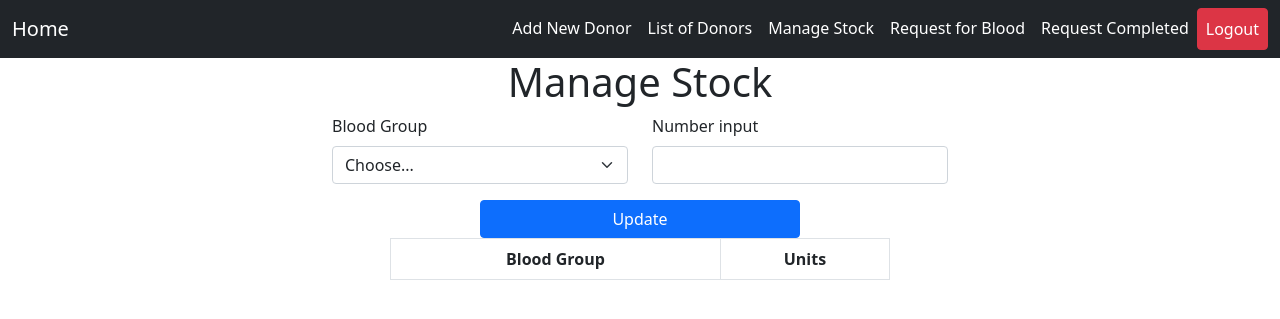
Repository: kshitizJ/Blood-Bank-Management-System-in-jsp
Page: http://localhost/Blood_Bank_Management_System/manageStock.jsp
These files come from the project's save history. The page is drawn as it stood at one moment and after the next save; the edit follows.
The browser window is 1280 px wide. The pictures show the whole page.
The page is served by Tomcat 9. Queries for data that is not in the repository find no rows.

Above is the page before, as saved 2021-04-28 13:29:42.

### Blood Bank Management System/WebContent/manageStock.jsp
<%@page import="java.sql.*"%>
<%@page import="project.ConnectionProvider"%>
<%@include file="header.html"%>
<!DOCTYPE html>
<html lang="en">

<head>
	<style>
		.size{
			width: 500px;
		}
	</style>
</head>

<body>
	<div class="container-fluid">
		<div class="row">
			<div class="col-12">
				<h1 class="text-center">Manage Stock</h1>
			</div>
			<div class="col-12">
				<%
					String msg = request.getParameter("msg");
				if ("valid".equals(msg)) {
				%>
				<p class="text-center text-danger">Successfully updated..</p>
				<%
					}
				if ("invalid".equals(msg)) {
				%>
				<p class="text-center text-danger">Invalid data try again..</p>
				<%
					}
				%>
			</div>
			<div class="col-12">
				<form class="form row d-flex justify-content-center"
					action="addNewDonorAction.jsp" method="POST">
					<div class="mb-3 col-md-3">
						<label for="brgp" class="form-label">Blood Group</label> <select
							class="form-select" id="brgp" name="brgp">
							<option selected>Choose...</option>
							<option value="A+">A+</option>
							<option value="A-">A-</option>
							<option value="B+">B+</option>
							<option value="B-">B-</option>
							<option value="O+">O+</option>
							<option value="O-">O-</option>
							<option value="AB+">AB+</option>
							<option value="AB-">AB-</option>
						</select>
					</div>
					<div class="mb-3 col-md-3">
						<label class="form-label" for="typeNumber">Number input</label> <input
							type="number" id="typeNumber" class="form-control" name="units"/>
					</div>
					<div class="offset-md-3"></div>
					<button type="submit" class="btn btn-primary col-3">Update</button>
				</form>
			</div>
			<br>
			<br>
			<div class="col-12 d-flex justify-content-center">
				<table class="size table table-bordered table-striped table-hover text-center">
					<thead>
						<tr>
							<th scope="col">Blood Group</th>
							<th scope="col">Units</th>
						</tr>
					</thead>
					<tbody>
						<tr>
							<%
								try {
								Connection con = ConnectionProvider.getCon();
								Statement st = con.createStatement();
								ResultSet rs = st.executeQuery("select * from stock;");
								while (rs.next()) {
							%>
							<td><%=rs.getString(1)%></td>
							<td><%=rs.getInt(2)%></td>
						</tr>
						<%
							}
						} catch (Exception e) {
						System.out.print(e.getMessage());
						}
						%>
					</tbody>
				</table>
			</div>
		</div>
	</div>
</body>

</html>

### Blood Bank Management System/WebContent/header.html
<!DOCTYPE html>
<html lang="en">
<head>
<meta charset="UTF-8">
<meta http-equiv="X-UA-Compatible" content="IE=edge">
<meta name="viewport" content="width=device-width, initial-scale=1.0">
<title>Admin Panel</title>
<link
	href="https://cdn.jsdelivr.net/npm/bootstrap@5.0.0-beta3/dist/css/bootstrap.min.css"
	rel="stylesheet"
	integrity="sha384-eOJMYsd53ii+scO/bJGFsiCZc+5NDVN2yr8+0RDqr0Ql0h+rP48ckxlpbzKgwra6"
	crossorigin="anonymous">
<link rel="stylesheet" href="style.css" type="text/css" media="screen">
</head>
<body>
	<nav class="navbar sticky-top navbar-expand-lg navbar-dark bg-dark">
		<div class="container-fluid">
			<a class="navbar-brand" href="home.jsp">Home</a>
			<button class="navbar-toggler" type="button"
				data-bs-toggle="collapse" data-bs-target="#navbarNav"
				aria-controls="navbarNav" aria-expanded="false"
				aria-label="Toggle navigation">
				<span class="navbar-toggler-icon"></span>
			</button>
			<div class="collapse navbar-collapse justify-content-end"
				id="navbarNav">
				<ul class="navbar-nav ">
					<li class="nav-item"><a class="nav-link text-white"
						href="addNewDonor.jsp">Add New Donor</a></li>
					<li class="nav-item"><a class="nav-link text-white"
						href="editDeleteList.jsp">List of Donors</a></li>
					<li class="nav-item"><a class="nav-link text-white"
						href="manageStock.jsp">Manage Stock</a></li>
					<li class="nav-item"><a class="nav-link text-white"
						href="requestForBlood.jsp">Request for Blood</a></li>
					<li class="nav-item"><a class="nav-link text-white"
						href="requestCompleted.jsp">Request Completed</a></li>
					<li class="nav-item"><a class="nav-link text-white btn btn-danger"
						href="adminLogin.jsp">Logout</a></li>
				</ul>
			</div>
		</div>
	</nav>
</body>
<script
	src="https://cdn.jsdelivr.net/npm/bootstrap@5.0.0-beta3/dist/js/bootstrap.bundle.min.js"
	integrity="sha384-JEW9xMcG8R+pH31jmWH6WWP0WintQrMb4s7ZOdauHnUtxwoG2vI5DkLtS3qm9Ekf"
	crossorigin="anonymous"></script>

</html>

### Blood Bank Management System/src/project/ConnectionProvider.java
package project;

import java.sql.*;

public class ConnectionProvider {
	public static Connection getCon() {
		try {
			Class.forName("com.mysql.cj.jdbc.Driver");
			Connection con = DriverManager.getConnection("jdbc:mysql://localhost:3306/Blood_Bank_Management_System",
					"root", "Kshitiz123@");
			return con;
		} catch (Exception e) {
			// TODO: handle exception
			System.out.println(e.getMessage());
			return null;
		}
	}
}

### Blood Bank Management System/WebContent/style.css
img {
	width: 100%;
	height: 500px;
}

.logo {
	width: 100px;
	height: 60px;
}

container-fluid {
	padding: 0;
}

After the next save:
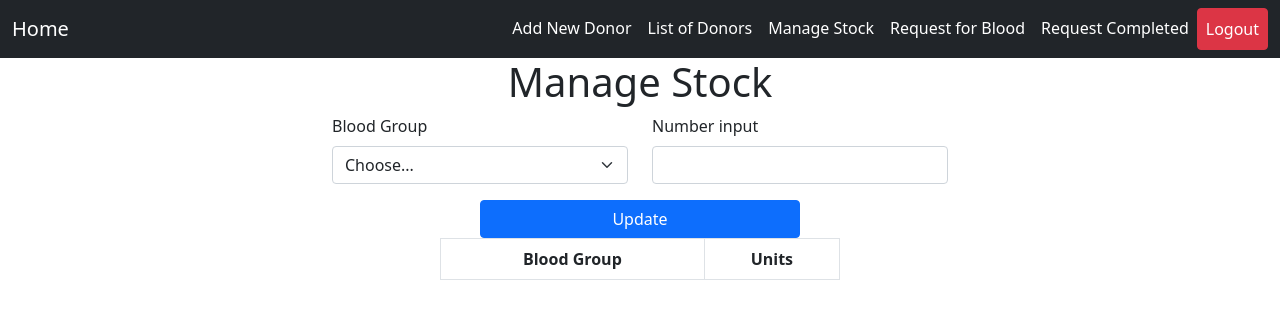
Saved 9 s later.
--- a/Blood Bank Management System/WebContent/manageStock.jsp
+++ b/Blood Bank Management System/WebContent/manageStock.jsp
@@ -7,7 +7,7 @@
 <head>
 	<style>
 		.size{
-			width: 500px;
+			width: 400px;
 		}
 	</style>
 </head>
